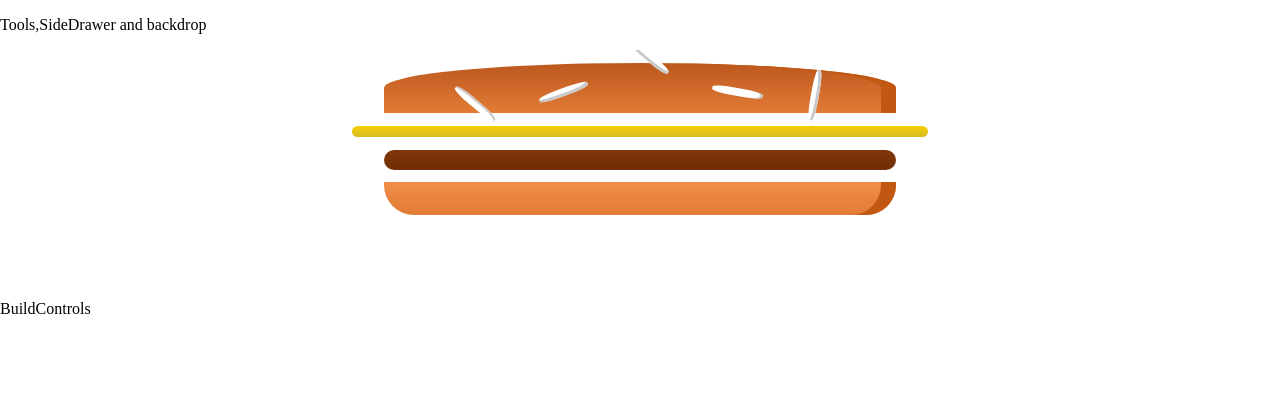
Repository: PiyushRajmsit/React-Burger-Building-App
Page: /
These files come from the project's save history. The page is drawn as it stood at one moment and after the next save; the edit follows.
The browser window is 1280 px wide. The pictures show the whole page.
The project was rebuilt for these pictures with package versions that can differ from the ones it lists, and the page was loaded fresh each time. Also part of the build but not shown: src/App.module.css.

Above is the page before, as saved 2020-06-07 03:07:32.

After the next save:
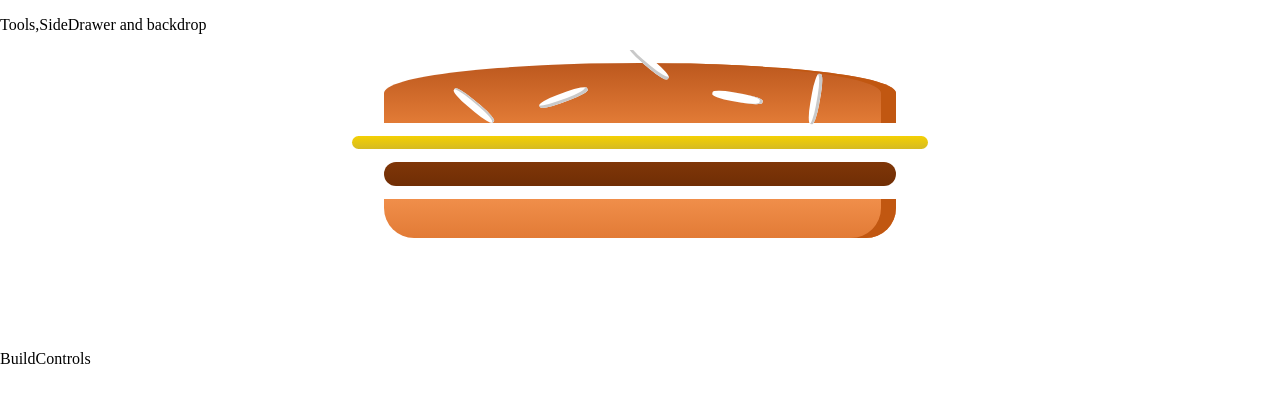
Saved 20 s later.
--- a/src/components/Burger/Burger.module.css
+++ b/src/components/Burger/Burger.module.css
@@ -1,7 +1,7 @@
 .Burger{
     width: 50%;
     margin: auto;
-    height: 250px;
+    height: 300px;
     text-align: center;
     font-weight: bold;
     font-size: 1.2em;
